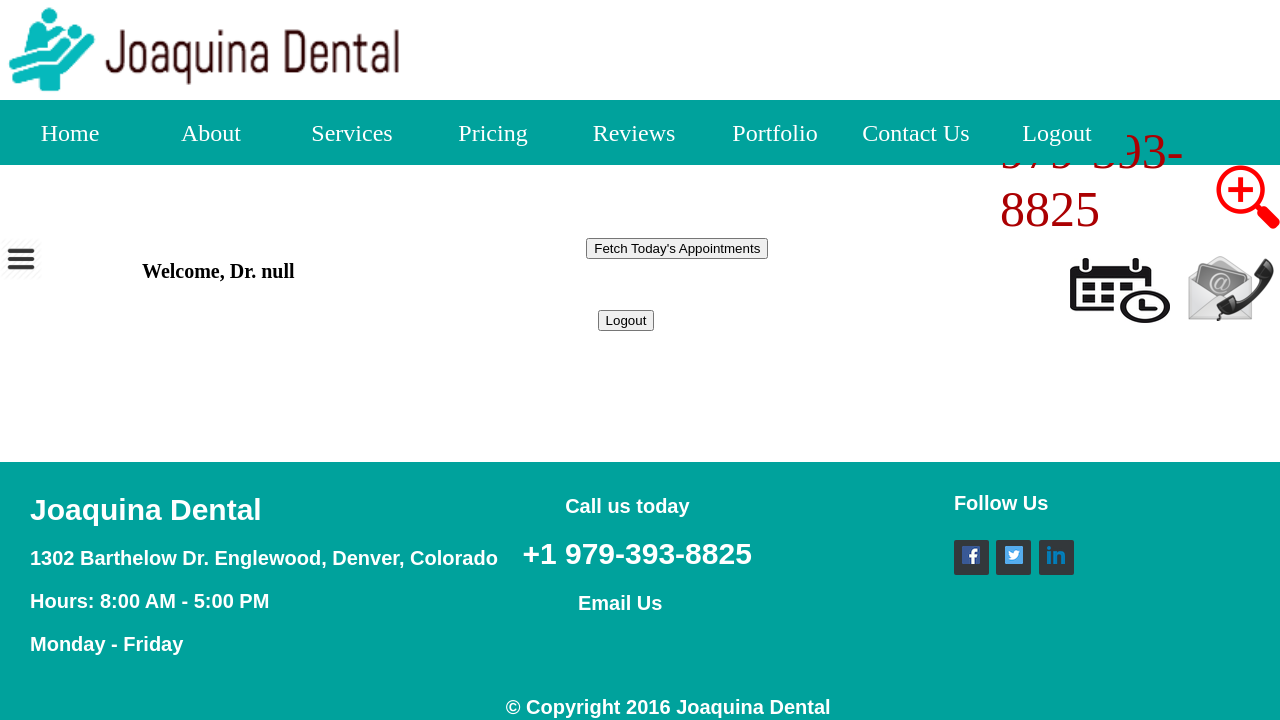
Repository: ManjushaBolishetty/test
Page: http://localhost/test/DentistHomePage.jsp
An editor plug-in stored every save of this project. The page is shown before and after the next save, followed by the edit.
The browser window is 1280 px wide. The pictures show the whole page.
The page is served by Tomcat 9.

Above is the page before, as saved 2016-04-03 17:27:19.

After the next save:
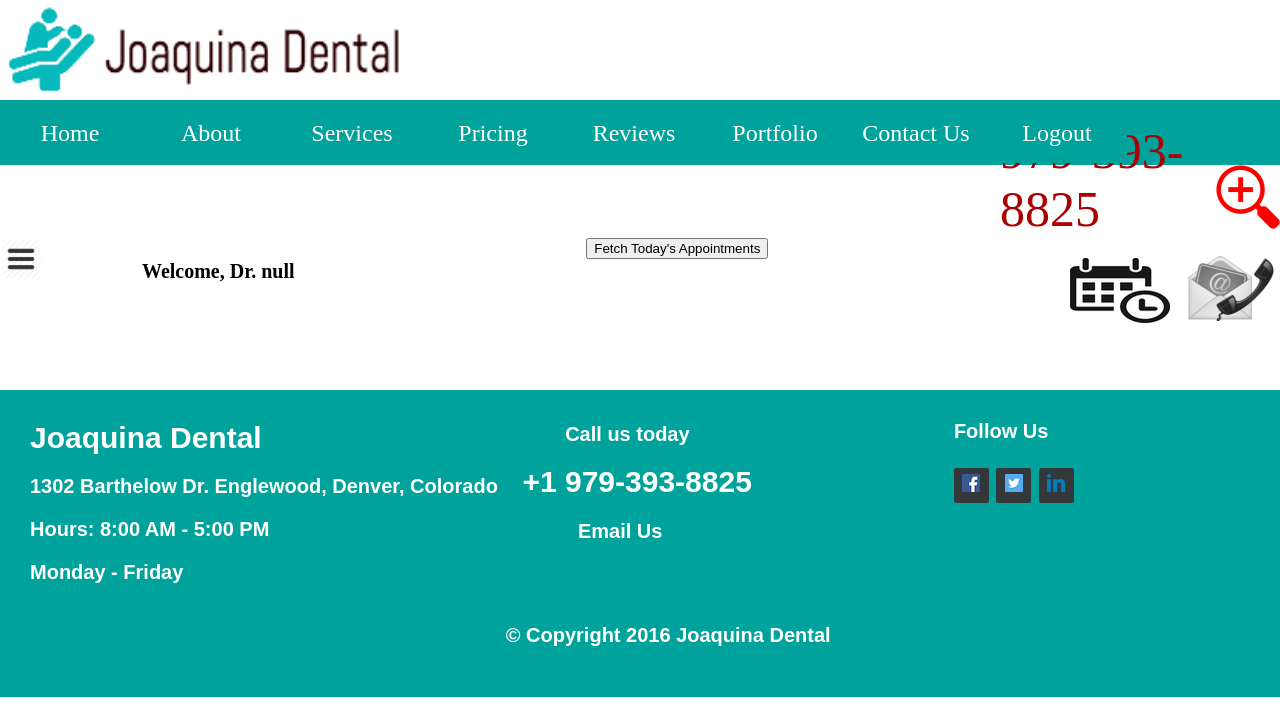
Saved 2 min 0 s later.
--- a/test/WebContent/DentistHomePage.jsp
+++ b/test/WebContent/DentistHomePage.jsp
@@ -48,11 +48,6 @@ $(document).ready(function(){
   </form>
 </div>
 
-<div class="Logoutbutton" align=center>
-  <form action="Login" method="post">
-      <input type="button" value="Logout" />
-  </form>
-</div>
   <footer class="footer-distributed">
 			<div class="footer-left">
 
